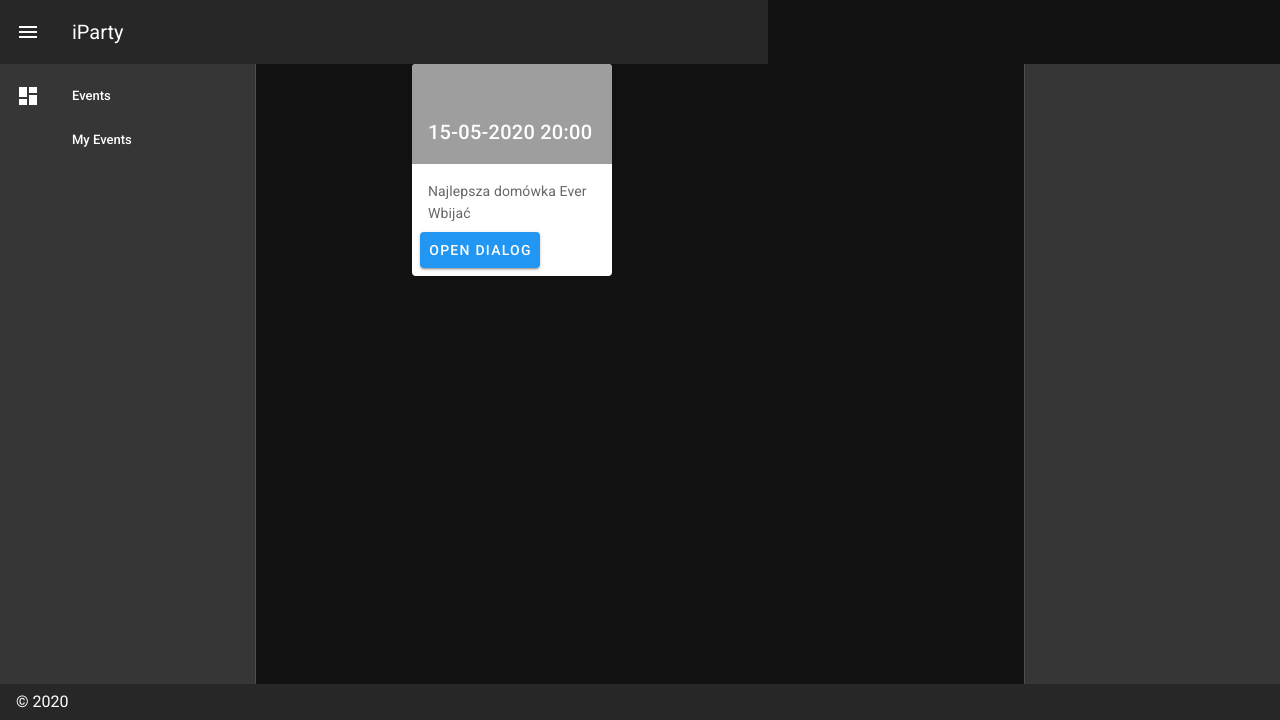
Repository: hexanek/partyapp
Page: /
These files come from the project's save history. The page is drawn as it stood at one moment and after the next save; the edit follows.
The browser window is 1280 px wide. The pictures show the whole page.
Pictures or frames that could not be fetched are drawn as grey boxes. The project was rebuilt for these pictures with package versions that can differ from the ones it lists, and the page was loaded fresh each time. Also part of the build but not shown: vue.config.js.

Above is the page before, as saved 2020-01-25 18:18:59.

After the next save:
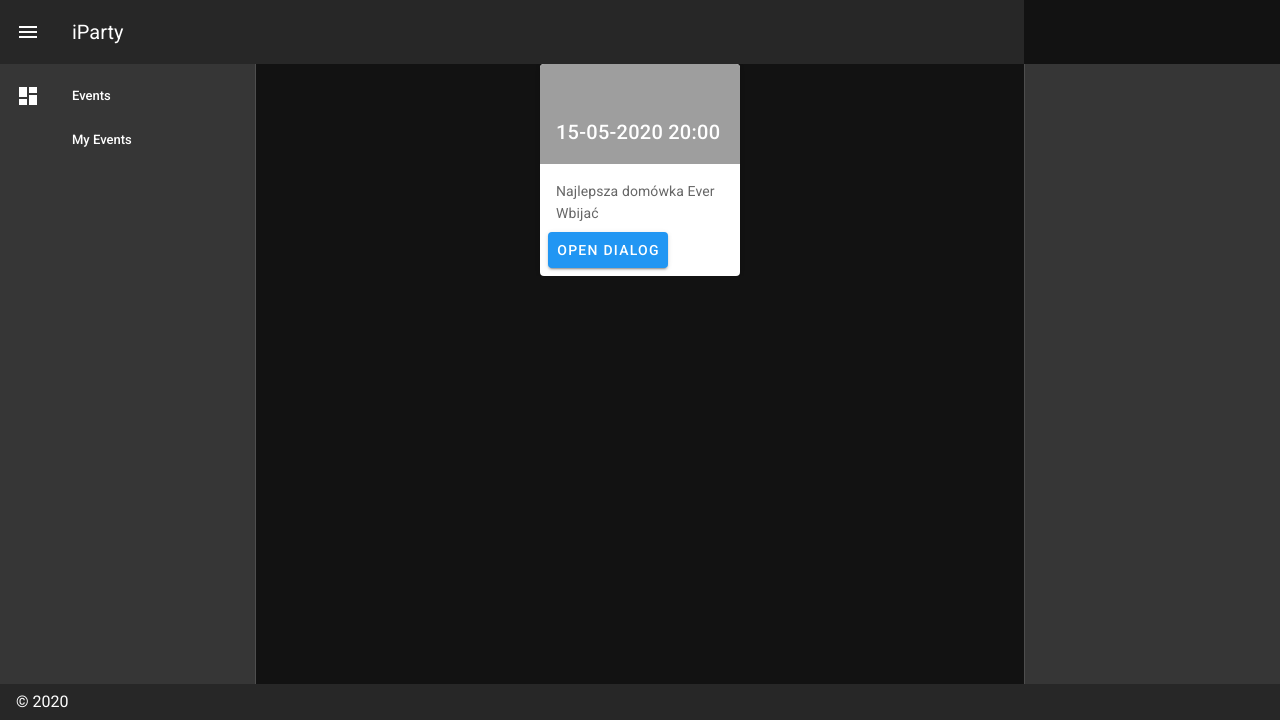
Saved 54 s later.
--- a/src/App.vue
+++ b/src/App.vue
@@ -8,15 +8,6 @@
     <v-content>
 
       <v-responsive>
-
-      <v-navigation-drawer
-      app
-      clipped
-      fixed
-      right
-      ></v-navigation-drawer>
-
-
       <gmap
       @clickshow = "showDetails"
       >
